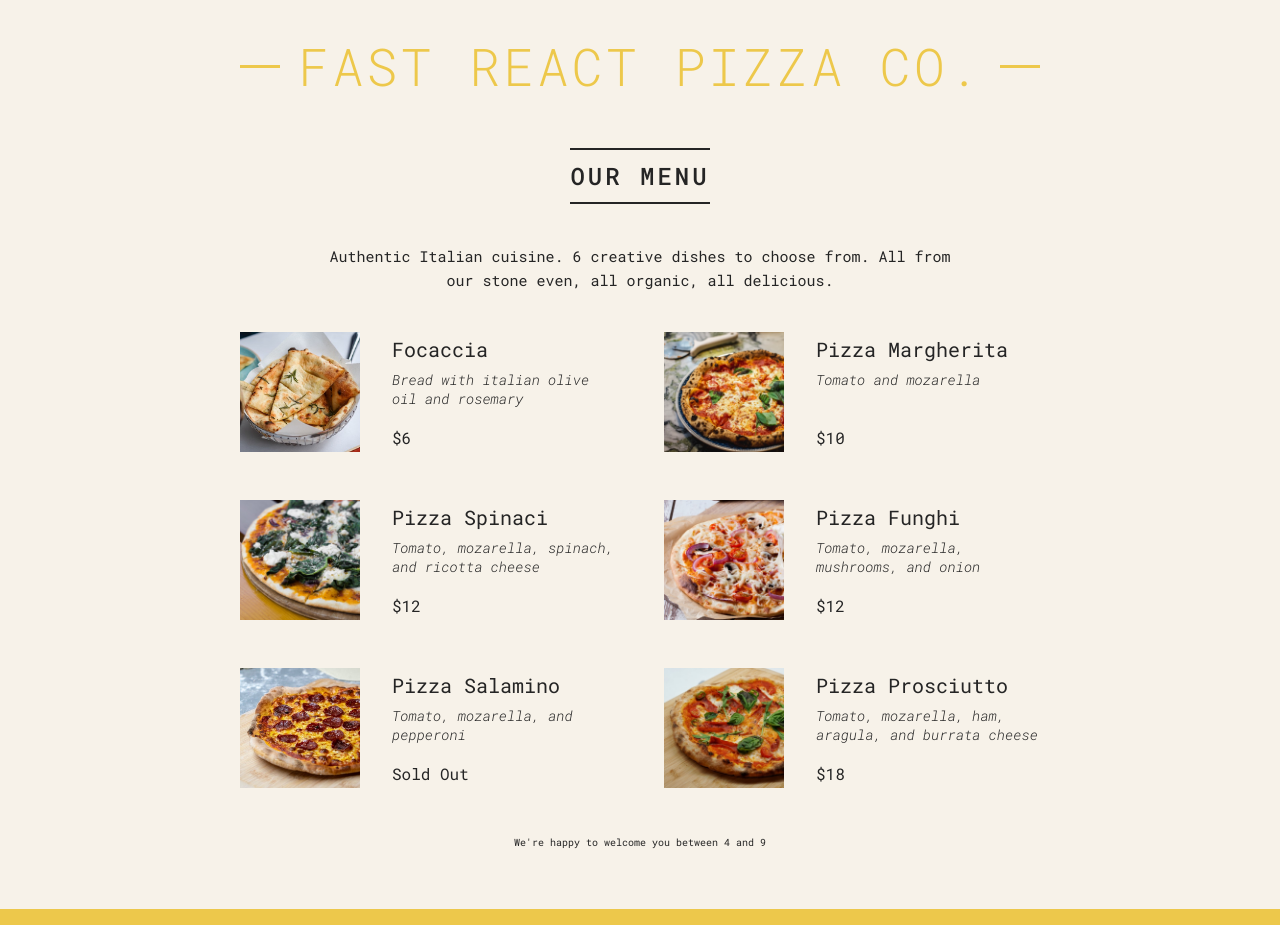
Repository: ahmedharidy/First-React-App
Page: /
An editor plug-in stored every save of this project. The page is shown before and after the next save, followed by the edit.
The browser window is 1280 px wide. The pictures show the whole page.
The project was rebuilt for these pictures with package versions that can differ from the ones it lists, and the page was loaded fresh each time.

Above is the page before, as saved 2026-09-24 08:34:08.

After the next save:
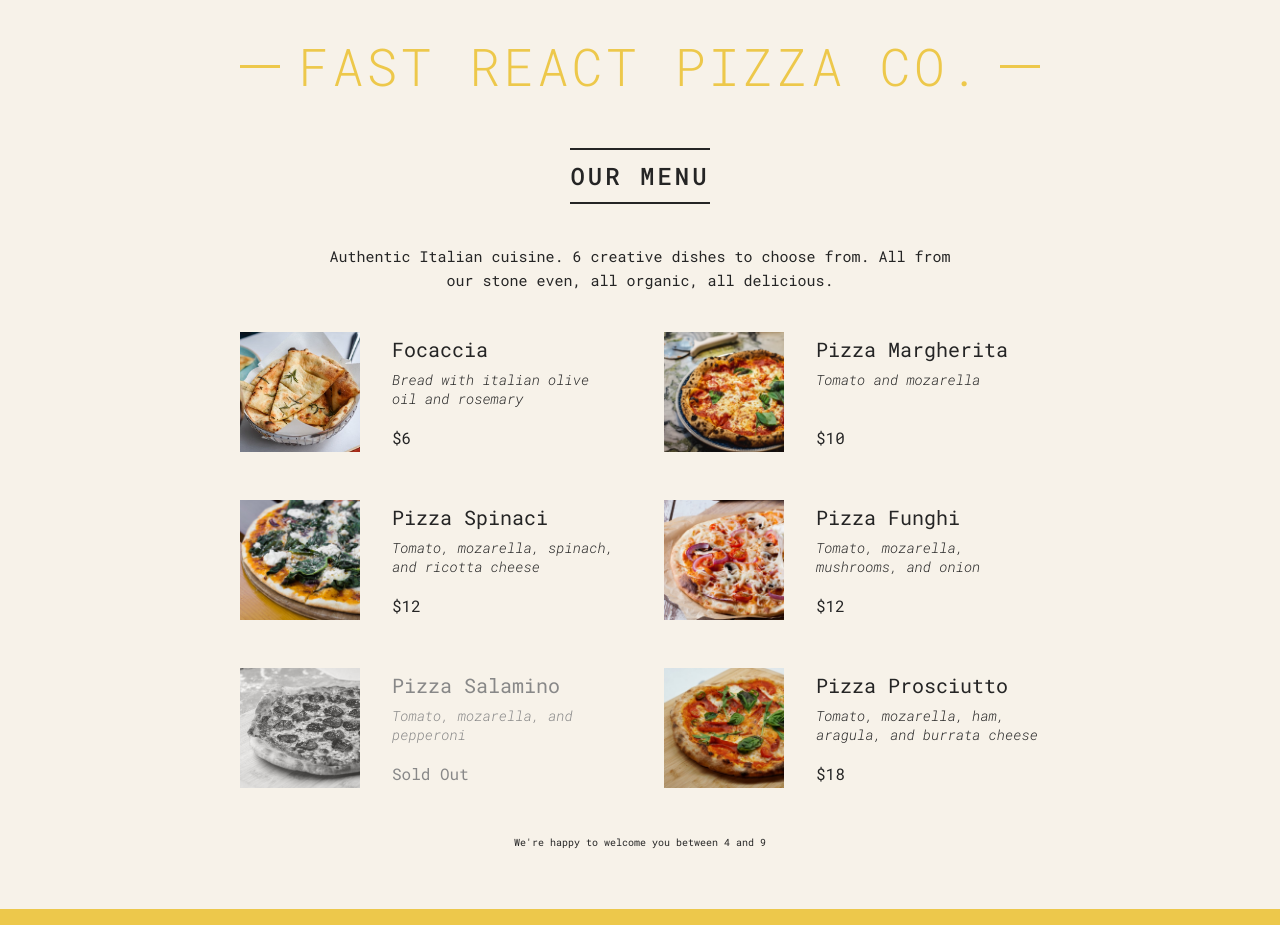
Saved 52 s later.
--- a/src/index.js
+++ b/src/index.js
@@ -111,7 +111,7 @@ function Pizza({ pizzaObj }) {
   // if (pizzaObj.soldOut) return null;
 
   return (
-    <li className={`pizza ${pizzaObj.soldOut ? "soldOut" : ""}`}>
+    <li className={`pizza ${pizzaObj.soldOut ? "sold-out" : ""}`}>
       <img src={pizzaObj.photoName} alt={pizzaObj.name}></img>
       <div>
         <h3>{pizzaObj.name}</h3>
